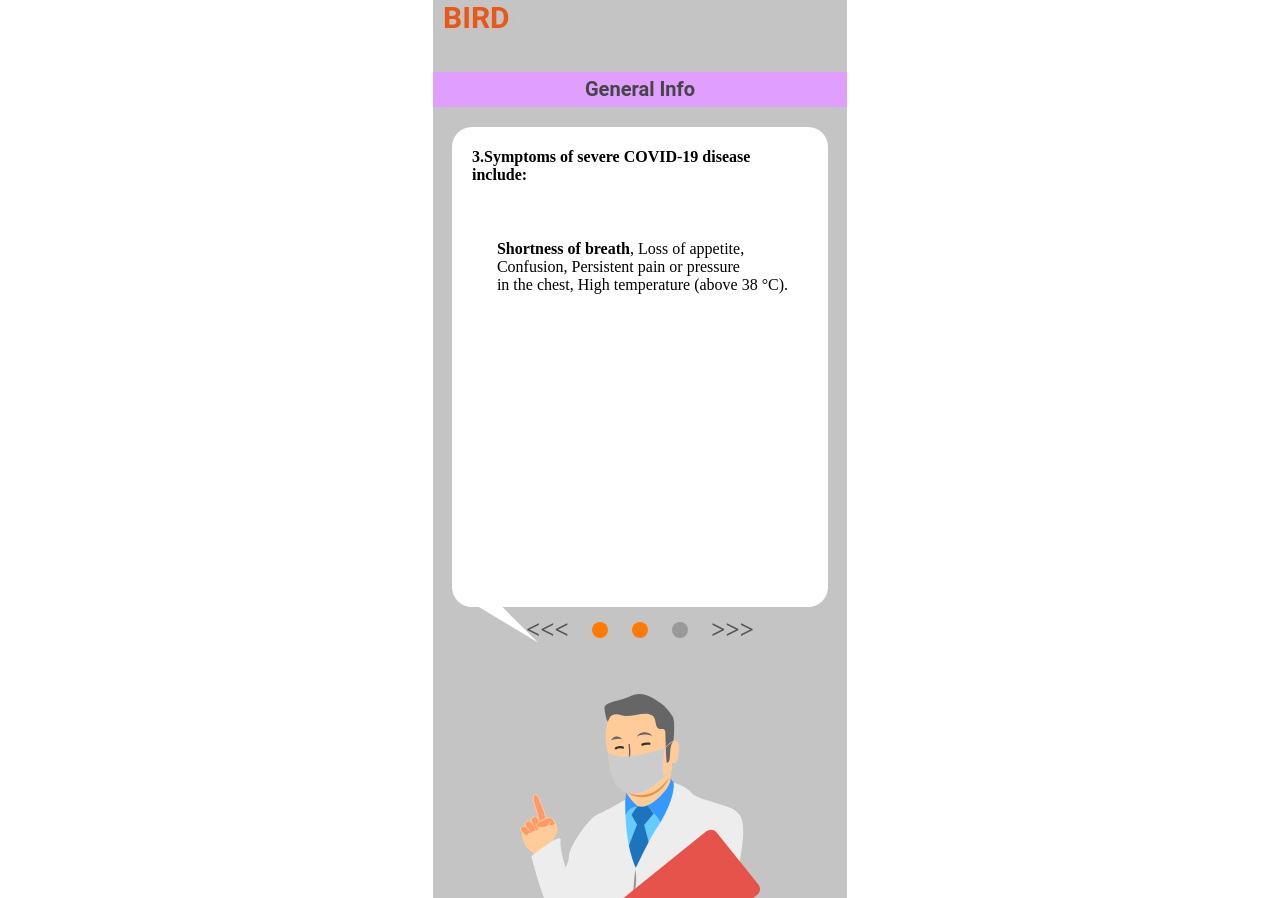
Repository: Levic559/BIRD
Page: General_info-3/1.html
An editor plug-in stored every save of this project. The page is shown before and after a run of saves, followed by the edit.
The browser window is 1280 px wide. The pictures show the whole page.

Above is the page before, as saved 2021-03-11 01:21:23.

After the next 2 saves:
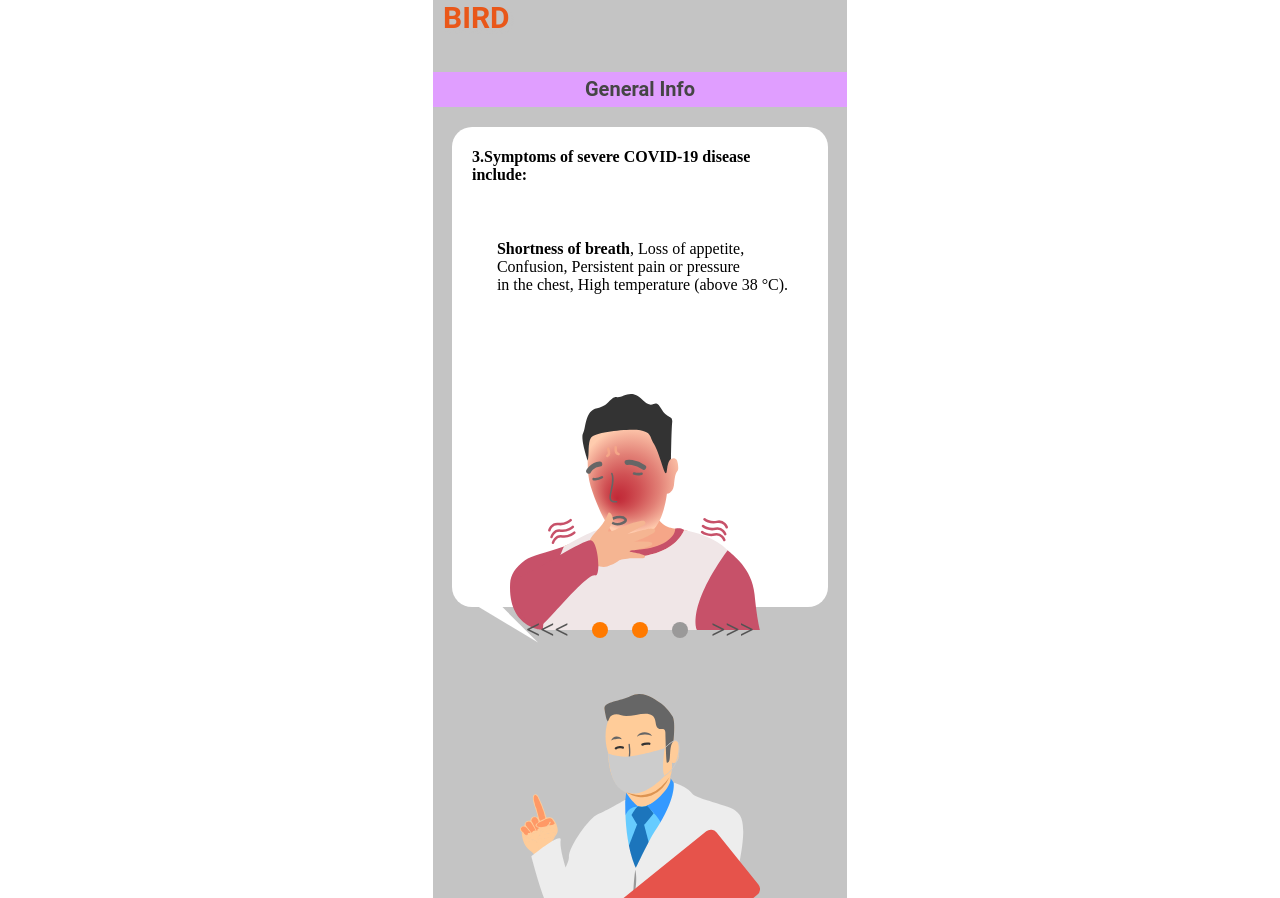
The 2 saves are shown as one change because they came seconds apart.
The last was saved 13 s later.
--- a/General_info_structure/mystyle.css
+++ b/General_info_structure/mystyle.css
@@ -170,6 +170,14 @@ body {
   margin-right: 10px;
   overflow: hidden;
 }
+.infographicImg11{
+  width: 250px;
+  height: 250px;
+  position: absolute;
+  margin-top: 267px;
+  margin-right: 10px;
+  overflow: hidden;
+}
 
 
 .infographicQ {
